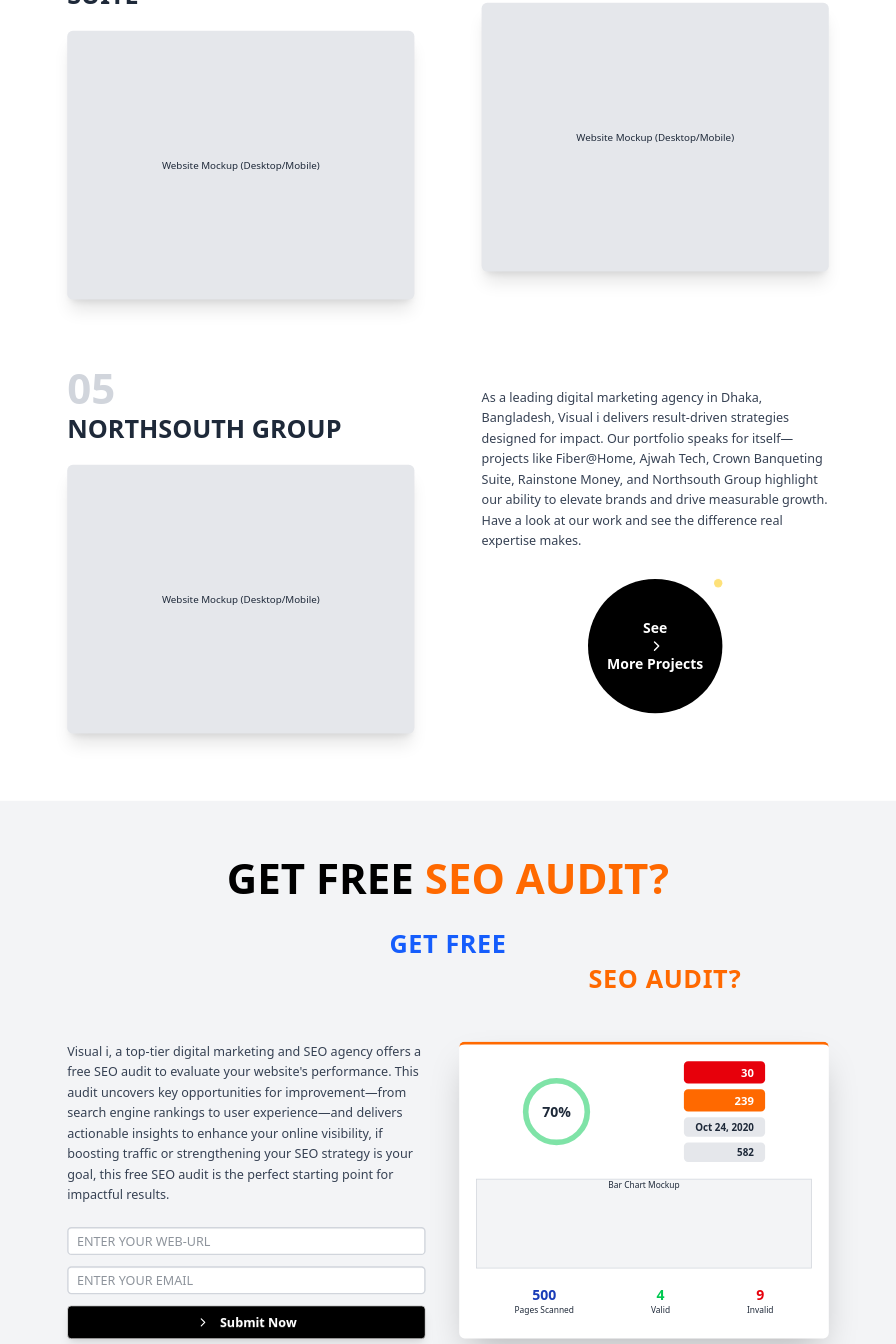
Repository: mdmuhibullahhabib/weboria
Page: /
The author's editor kept a copy of each file at every save. The page is drawn from the files as they stood at one save, then again after a run of saves.
The browser window is 1280 px wide. The pictures show the part of the page from y = 4580 to 6500 px (the page is 9361 px tall before and 9409 px after), at 70% of full size.
The project was rebuilt for these pictures with package versions that can differ from the ones it lists, and the page was loaded fresh each time. Some packages were replaced by stand-ins written for this rebuild. The framework's server and built-in components were replaced by stand-ins that run in the browser. Also part of the build but not shown: next.config.mjs.

Above is the page before, as saved 2025-10-03 01:26:15.

### src/app/layout.js
import { Geist, Geist_Mono } from "next/font/google";
import "./globals.css";
import Navbar from "@/components/Navbar";
import Footer from "@/components/Footer";
import { Toaster } from "react-hot-toast";

const geistSans = Geist({
  variable: "--font-geist-sans",
  subsets: ["latin"],
});

const geistMono = Geist_Mono({
  variable: "--font-geist-mono",
  subsets: ["latin"],
});

export const metadata = {
  title: "Weboria",
  description: "Digital Marketing Agency",
  icons: "/favicon.ico",
};

export default function RootLayout({ children }) {
  return (
    <html lang="en">
      <body
        className={`${geistSans.variable} ${geistMono.variable} antialiased`}
      >

        <Navbar />
        <Toaster />
        {children}
        <Footer />
      </body>
    </html>
  );
}

### src/components/Navbar.jsx
"use client";
import { useState } from "react";
import Link from "next/link";
import { usePathname } from "next/navigation";
import { Menu, X } from "lucide-react";

export default function Navbar() {
  const [isOpen, setIsOpen] = useState(false);
  const pathname = usePathname();

  const navigation = [
    { name: "Home", href: "/" },
    { name: "About", href: "/about" },
    { name: "Services", href: "/services" },
    { name: "Portfolio", href: "/portfolio" },
    { name: "Contact", href: "/contact" },
  ];

  const isActive = (href) => {
    if (href === "/" && pathname === "/") return true;
    if (href !== "/" && pathname.startsWith(href)) return true;
    return false;
  };

  return (
    <nav className="sticky top-0 z-50 bg-base-100/95 backdrop-blur-md border-b shadow-sm">
      <div className="max-w-7xl mx-auto px-4 sm:px-6 lg:px-8">
        <div className="flex justify-between items-center h-16">
          {/* Logo */}
          <Link href="/" data-testid="link-home">
            <h1 className="text-2xl font-bold text-primary">Weboria</h1>
          </Link>

          {/* Desktop Navigation */}
          <div className="hidden md:flex space-x-4 items-center">
            {navigation.map((item) => (
              <Link key={item.name} href={item.href} data-testid={`link-${item.name.toLowerCase()}`}>
                <span
                  className={`px-3 py-2 rounded-md text-sm font-medium transition-colors ${
                    isActive(item.href)
                      ? "bg-primary text-primary-content"
                      : "text-base-content hover:text-primary"
                  }`}
                >
                  {item.name}
                </span>
              </Link>
            ))}

            {/* CTA Button */}
            <Link href="/contact">
              <button className="btn btn-sm btn-primary ml-4">Get Started</button>
            </Link>
          </div>

          {/* Mobile menu button */}
          <div className="md:hidden">
            <button
              className="btn btn-ghost btn-square"
              onClick={() => setIsOpen(!isOpen)}
              data-testid="button-mobile-menu"
            >
              {isOpen ? <X className="w-6 h-6" /> : <Menu className="w-6 h-6" />}
            </button>
          </div>
        </div>

        {/* Mobile Navigation */}
        {isOpen && (
          <div className="md:hidden mt-2 border-t">
            <div className="flex flex-col space-y-1 px-2 py-3">
              {navigation.map((item) => (
                <Link key={item.name} href={item.href} data-testid={`link-mobile-${item.name.toLowerCase()}`}>
                  <span
                    className={`block px-3 py-2 rounded-md text-base font-medium transition-colors ${
                      isActive(item.href)
                        ? "bg-primary text-primary-content"
                        : "text-base-content hover:text-primary"
                    }`}
                    onClick={() => setIsOpen(false)}
                  >
                    {item.name}
                  </span>
                </Link>
              ))}

              {/* Mobile CTA Button */}
              <Link href="/contact">
                <button
                  className="btn btn-primary w-full mt-2"
                  data-testid="button-mobile-get-started"
                  onClick={() => setIsOpen(false)}
                >
                  Get Started
                </button>
              </Link>
            </div>
          </div>
        )}
      </div>
    </nav>
  );
}

### src/components/Footer.jsx
"use client";

import Link from "next/link";
import {
  Facebook,
  Twitter,
  Linkedin,
  Instagram,
  Mail,
  Phone,
  MapPin,
} from "lucide-react";

export default function Footer() {
  // ✅ CTA function in plain JS
  const handleNewsletterSubmit = (e) => {
    e.preventDefault();
    const formData = new FormData(e.target);
    const email = formData.get("email");
    console.log("Newsletter signup:", email);
    e.target.reset();
  };

  const quickLinks = [
    { name: "Home", href: "/" },
    { name: "About", href: "/about" },
    { name: "Services", href: "/services" },
    { name: "Portfolio", href: "/portfolio" },
    { name: "Contact", href: "/contact" },
  ];

  const services = [
    { name: "Web Development", href: "/services" },
    { name: "Mobile Apps", href: "/services" },
    { name: "Digital Marketing", href: "/services" },
    { name: "SEO Services", href: "/services" },
  ];

  const socialLinks = [
    { Icon: Facebook, href: "#", label: "Facebook" },
    { Icon: Twitter, href: "#", label: "Twitter" },
    { Icon: Linkedin, href: "#", label: "LinkedIn" },
    { Icon: Instagram, href: "#", label: "Instagram" },
  ];

  return (
    <footer className="bg-base-200 border-t">
      <div className="max-w-7xl mx-auto px-4 sm:px-6 lg:px-8 py-16">
        {/* Main Footer Content */}
        <div className="grid grid-cols-1 md:grid-cols-2 lg:grid-cols-4 gap-8">
          {/* Company Info */}
          <div className="space-y-4">
            <h3 className="text-2xl font-bold text-primary">Weboria</h3>
            <p className="text-base-content/70 leading-relaxed">
              Transforming businesses through innovative digital solutions.
              We create experiences that inspire, engage, and convert.
            </p>

            {/* Contact Info */}
            <div className="space-y-2 text-base-content/70">
              <div className="flex items-center">
                <Mail className="w-4 h-4 mr-2" />
                <span className="text-sm">hello@weboria.com</span>
              </div>
              <div className="flex items-center">
                <Phone className="w-4 h-4 mr-2" />
                <span className="text-sm">+1 (555) 123-4567</span>
              </div>
              <div className="flex items-center">
                <MapPin className="w-4 h-4 mr-2" />
                <span className="text-sm">San Francisco, CA</span>
              </div>
            </div>
          </div>

          {/* Quick Links */}
          <div>
            <h4 className="text-lg font-semibold mb-4">Quick Links</h4>
            <ul className="space-y-2">
              {quickLinks.map((link) => (
                <li key={link.name}>
                  <Link href={link.href}>
                    <span className="text-base-content/70 hover:text-primary transition-colors">
                      {link.name}
                    </span>
                  </Link>
                </li>
              ))}
            </ul>
          </div>

          {/* Services */}
          <div>
            <h4 className="text-lg font-semibold mb-4">Services</h4>
            <ul className="space-y-2">
              {services.map((service) => (
                <li key={service.name}>
                  <Link href={service.href}>
                    <span className="text-base-content/70 hover:text-primary transition-colors">
                      {service.name}
                    </span>
                  </Link>
                </li>
              ))}
            </ul>
          </div>

          {/* Newsletter */}
          <div>
            <h4 className="text-lg font-semibold mb-4">Stay Updated</h4>
            <p className="text-base-content/70 text-sm mb-4">
              Get the latest insights and updates on digital trends.
            </p>
            <form onSubmit={handleNewsletterSubmit} className="space-y-2">
              <input
                type="email"
                name="email"
                placeholder="Enter your email"
                className="input input-bordered w-full"
                required
              />
              <button type="submit" className="btn btn-primary w-full">
                Subscribe
              </button>
            </form>
          </div>
        </div>

        {/* Social Links & Copyright */}
        <div className="border-t mt-12 pt-8">
          <div className="flex flex-col md:flex-row justify-between items-center space-y-4 md:space-y-0">
            {/* Social Links */}
            <div className="flex space-x-4">
              {socialLinks.map(({ Icon, href, label }) => (
                <a
                  key={label}
                  href={href}
                  target="_blank"
                  rel="noopener noreferrer"
                  className="btn btn-circle btn-ghost"
                  aria-label={label}
                >
                  <Icon className="w-5 h-5" />
                </a>
              ))}
            </div>

            {/* Copyright */}
            <div className="text-center md:text-right">
              <p className="text-base-content/70 text-sm">
                © 2024 Weboria. All rights reserved.
              </p>
            </div>
          </div>
        </div>
      </div>
    </footer>
  );
}

### src/app/Home/components/Marquee.jsx
"use client"
import React from 'react';

// Using the Diamond icon for the separator, which closely matches the image.
const DiamondSeparator = () => (
    <span
      className="inline-block text-gray-300 text-3xl sm:text-4xl md:text-5xl lg:text-6xl mx-8 align-middle"
      style={{ transform: 'rotate(45deg)', opacity: 0.7 }}
    >
      &#9670; {/* Unicode for a diamond */}
    </span>
);

const Marquee = () => {
  // Repeating a list of services/keywords
  const marqueeText = [
    "DIGITAL MARKETING",
    "SEO",
    "GRAPHIC DESIGN",
    "WEB DEVELOPMENT",
    "CYBER SECURITY",
    "PR"
  ];

  // Duplicate the content to ensure seamless loop
  const fullMarqueeContent = [...marqueeText, ...marqueeText];

  return (
    <div className="relative w-full overflow-hidden bg-white py-6 sm:py-8 border-y border-gray-100">
      {/* This div is set to animate using the custom CSS keyframes defined below.
        It needs to be wider than its parent to scroll.
      */}
      <div className="animate-marquee whitespace-nowrap inline-block">
        {fullMarqueeContent.map((text, index) => (
          <React.Fragment key={index}>
            <span
              className="inline-block text-3xl sm:text-4xl md:text-5xl lg:text-6xl font-extrabold font-sans tracking-wide mx-4 uppercase"
              style={{
                  // Custom styling for the outlined/hollow text effect
                  WebkitTextStroke: '2px #333', // Dark outline
                  WebkitTextFillColor: 'transparent', // Transparent fill
                  color: 'transparent', // Fallback for standard browsers
                  fontFamily: 'Oswald, sans-serif' // Suggesting a suitable bold font style
              }}
            >
              {text}
            </span>
            {/* Add separator between all elements */}
            {index < fullMarqueeContent.length - 1 && (
                <DiamondSeparator />
            )}
          </React.Fragment>
        ))}
      </div>

      {/* Global CSS for the Marquee Animation */}
      {/* Note: In a real Next.js app, this should often go into a global CSS file,
          but for single-file component generation, we use a style tag. */}
      <style jsx global>{`
        @keyframes marquee {
          0% { transform: translateX(0%); }
          100% { transform: translateX(-50%); } /* Scrolls through one full set of content */
        }
        .animate-marquee {
          animation: marquee 35s linear infinite; /* Adjust duration to control speed */
          display: inline-block;
          will-change: transform; /* Performance optimization */
        }
      `}</style>
    </div>
  );
};

export default Marquee;

### src/components/Service.jsx
"use client"
import React from "react";
import { Rocket, Lightbulb, Monitor, Check, PhoneCall, Zap } from "lucide-react";

const Service = () => {
    // Mock data for the service cards
    const serviceData = [
        {
            title: "DIGITAL MARKETING & SEO SOLUTIONS",
            icon: Rocket,
            iconColor: "text-red-500",
            image: "https://placehold.co/400x300/e0f2ff/0071c2?text=SEO+Rocket",
            expertise: [
                "Increase Website Traffic",
                "Rank Higher on Google",
                "Generate More Leads & Sales",
                "Optimize Content Strategy",
            ],
        },
        {
            title: "ENTERPRISE SOLUTIONS",
            icon: Lightbulb,
            iconColor: "text-yellow-500",
            image: "https://placehold.co/400x300/fffbeb/d97706?text=Enterprise+Idea",
            expertise: ["Optimize Operations", "Boost Productivity", "Scale Securely", "Grow Smart"],
        },
        {
            title: "WEBSITE DEVELOPMENT SERVICES",
            icon: Monitor,
            iconColor: "text-blue-500",
            image: "https://placehold.co/400x300/f3e8ff/7c3aed?text=Web+Monitor",
            expertise: [
                "Website Design and Development",
                "Web Application Development",
                "Custom CMS",
                "E-commerce Platforms",
            ],
        },
    ];

    return (
        <div className="font-sans bg-gray-50 min-h-screen">
            {/* Hero Section */}
            <section className="container mx-auto px-4 py-16 lg:py-24 flex flex-col lg:flex-row items-center lg:space-x-12">
                {/* Left Column */}
                <div className="lg:w-1/2 mb-10 lg:mb-0 relative p-4 md:p-8 bg-white shadow-2xl rounded-3xl">
                    <img
                        src="https://placehold.co/600x400/1e3a8a/ffffff?text=Team+Meeting"
                        alt="Empowering Your Digital Presence"
                        className="w-full h-auto rounded-xl object-cover"
                    />
                    <div className="absolute -bottom-8 left-1/2 transform -translate-x-1/2 bg-white p-4 shadow-xl rounded-xl border border-gray-100 w-11/12 text-center lg:static lg:transform-none lg:mt-6 lg:p-0 lg:border-none">
                        <h1 className="text-5xl md:text-7xl font-extrabold leading-tight text-transparent bg-clip-text bg-gradient-to-r from-blue-600 to-indigo-700">
                            EMPOWERING
                        </h1>
                        <p className="text-3xl md:text-5xl font-semibold text-yellow-500 mt-2">YOUR DIGITAL</p>
                        <h2 className="text-5xl md:text-7xl font-extrabold leading-tight text-white bg-gray-900 rounded-lg inline-block mt-2 p-2">
                            PRESENCE
                        </h2>
                    </div>
                </div>

                {/* Right Column */}
                <div className="lg:w-1/2 pt-16 lg:pt-0 text-gray-700 space-y-4">
                    <p>
                        <span className="font-bold text-blue-600">Visual i</span> is an international digital marketing agency with a head office in the UK and a country office in Banani, Dhaka, Bangladesh. We specialize in SEO, social media marketing, Google Ads, PR, graphic design, cyber security, web development, and more.
                    </p>
                    <p>
                        Whether you need to boost online visibility, drive targeted traffic, or increase customer engagement, we craft bespoke strategies to make your brand shine. Join us and take your business to new heights!
                    </p>
                    <button className="flex items-center mt-6 px-8 py-3 bg-blue-600 text-white font-semibold rounded-full shadow-lg hover:bg-blue-700 transition">
                        <PhoneCall className="h-5 w-5 mr-2" />
                        Contact Us
                    </button>
                </div>
            </section>

            {/* Services Section */}
            <section className="container mx-auto px-4 py-16 lg:py-24">
                <header className="text-center mb-12">
                    <div className="mb-12">
                        <div className="flex justify-center items-center mb-4">
                            <div className="w-10 h-10 border-4 border-gray-400 rounded-full flex items-center justify-center mr-2">
                                <Zap size={20} className="text-gray-700" />
                            </div>
                            <p className="text-xl font-semibold uppercase text-gray-700">Visual i Provides</p>
                        </div>
                        <h2 className="text-5xl md:text-6xl font-extrabold text-black">
                            360° <span className='text-orange-500'>DIGITAL SOLUTIONS</span>
                        </h2>
                    </div>
                </header>

                <div className="grid grid-cols-1 md:grid-cols-2 lg:grid-cols-3 gap-8">
                    {serviceData.map((service, index) => (
                        <div
                            key={index}
                            className="shadow-xl bg-white rounded-2xl overflow-hidden transition-transform hover:scale-105 duration-300 border-t-4 border-blue-600"
                        >
                            <figure className="h-48 relative bg-gray-100">
                                <img
                                    src={service.image}
                                    alt={service.title}
                                    className="w-full h-full object-cover"
                                    onError={(e) => {
                                        e.target.onerror = null;
                                        e.target.src = "https://placehold.co/400x300/cccccc/333333?text=Visuals";
                                    }}
                                />
                                <div className="absolute top-4 left-4 flex items-center">
                                    <service.icon className={`h-8 w-8 ${service.iconColor}`} />
                                    <span className="text-sm font-semibold ml-2 text-gray-700">WebOria</span>
                                </div>
                            </figure>
                            <div className="p-6">
                                <h2 className="text-xl font-bold mb-3 text-gray-800">{service.title}</h2>
                                <div className={`text-sm font-semibold mb-2 ${service.iconColor}`}>OUR EXPERTISE:</div>
                                <ul className="space-y-2">
                                    {service.expertise.map((item, i) => (
                                        <li key={i} className="flex items-start text-gray-600 text-sm">
                                            <Check className="h-4 w-4 text-green-500 mt-1 flex-shrink-0" />
                                            <span className="ml-2">{item}</span>
                                        </li>
                                    ))}
                                </ul>
                            </div>
                        </div>
                    ))}
                </div>
            </section>
        </div>
    );
};

export default Service;

### src/app/Home/components/ScrollingLogos.jsx
"use client"
import React from "react";

const logos = [
    { name: "Pico", color: "text-blue-700", size: "text-3xl", weight: "font-extrabold" },
    { name: "frontpose", color: "text-gray-700", size: "text-3xl", weight: "font-extrabold" },
    { name: "NORTH SOUTH GROUP", color: "text-green-700", size: "text-xl", weight: "font-bold" },
    { name: "PAYLAKES", color: "text-yellow-500", size: "text-3xl", weight: "font-extrabold" },
    { name: "RAINSTONE MONEY", color: "text-gray-700", size: "text-xl", weight: "font-bold" },
    { name: "TSG Accountants", color: "text-gray-700", size: "text-xl", weight: "font-bold" },
];

const ScrollingLogos = () => {
    return (
        <section className="py-6 px-4 lg:px-20 overflow-hidden">
            <div className="border-t border-b border-gray-200 py-10">
                <div className="flex animate-marquee space-x-2">
                    {/** Repeat logos twice for seamless scroll */}
                    {[...logos, ...logos].map((logo, index) => (
                        <div key={index} className="flex-shrink-0 w-1/3 md:w-1/6 p-1">
                            <p className={`${logo.size} ${logo.weight} ${logo.color} text-center`}>
                                {logo.name.includes(" ") ? logo.name.split(" ")[0] : logo.name}
                                {logo.name.includes(" ") && <span className="font-light"> {logo.name.split(" ").slice(1).join(" ")}</span>}
                            </p>
                        </div>
                    ))}
                </div>
            </div>

            <style jsx>{`
        @keyframes marquee {
          0% { transform: translateX(0%); }
          100% { transform: translateX(-50%); }
        }
        .animate-marquee {
          display: flex;
          width: max-content;
          animation: marquee 30s linear infinite;
        }
      `}</style>
        </section>
    );
};

export default ScrollingLogos;

### src/components/SectionTitle.jsx
"use client";

export default function SectionTitle({ titleTop, titleBottom }) {
  return (
    <div className="text-center my-10 px-4">
      <div className="text-5xl md:text-3xl lg:text-4xl font-bold tracking-wide leading-snug">
        <span className="text-blue-600">{titleTop}</span>
        <br />
        <span className="text-orange-500 ml-[620px]">{titleBottom}</span>
      </div>
    </div>
  );
}

        // <h2 className="text-5xl font-semibold text-black text-center">
        //   OUR FEATURED
        // </h2>
        // <h2 className='text-orange-500 text-5xl ml-[620px]'> PROJECTS</h2>

Loaded but not shown: src/app/globals.css (common file); src/app/page.js (278 lines, source omitted); src/components/AgencySections.jsx (175 lines, source omitted)

After the next 2 saves:
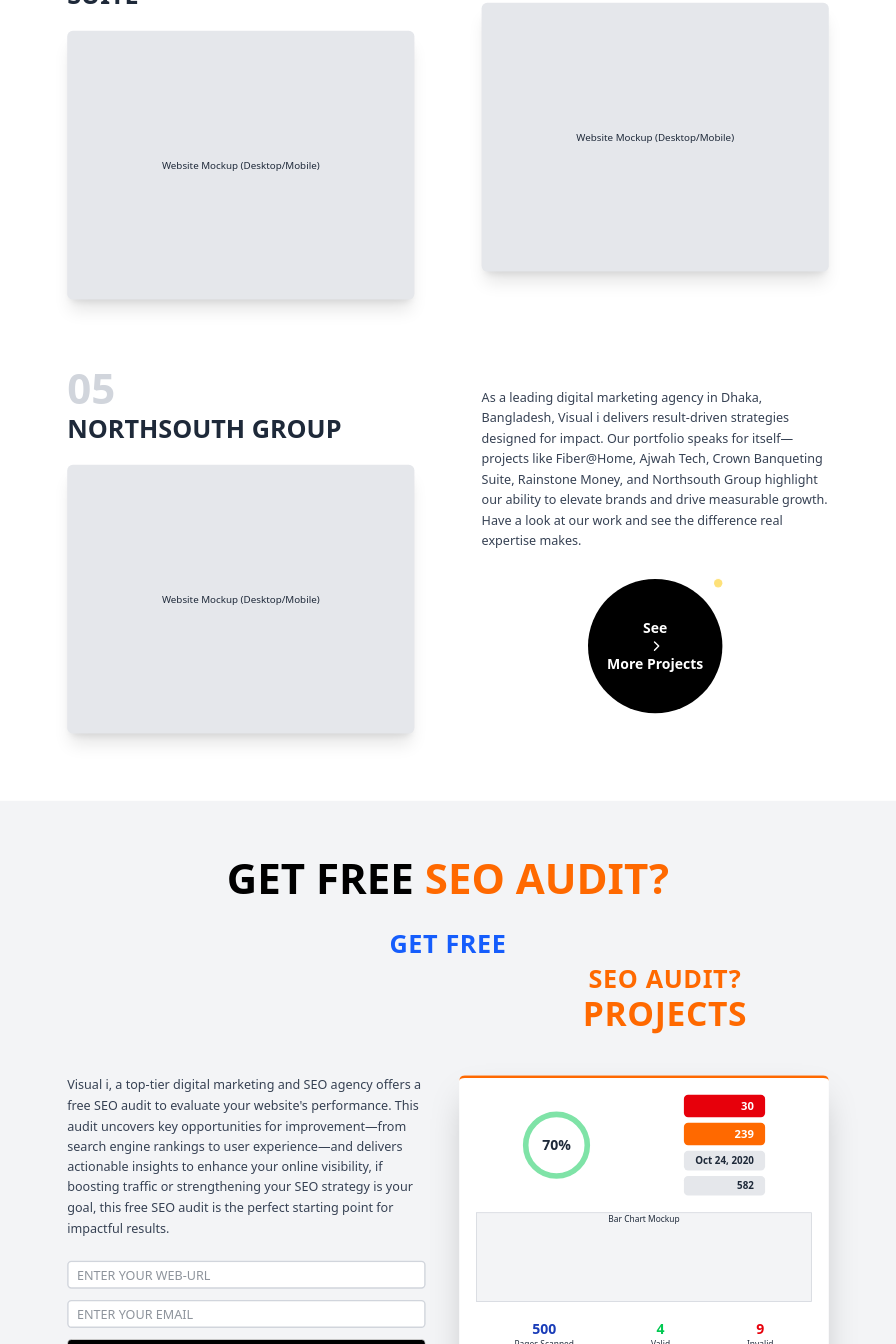
The 2 saves are shown as one change because they came seconds apart.
The last was saved 38 s later.
--- a/src/components/SectionTitle.jsx
+++ b/src/components/SectionTitle.jsx
@@ -7,6 +7,7 @@ export default function SectionTitle({ titleTop, titleBottom }) {
         <span className="text-blue-600">{titleTop}</span>
         <br />
         <span className="text-orange-500 ml-[620px]">{titleBottom}</span>
+        <h2 className='text-orange-500 text-5xl ml-[620px]'> PROJECTS</h2>
       </div>
     </div>
   );
